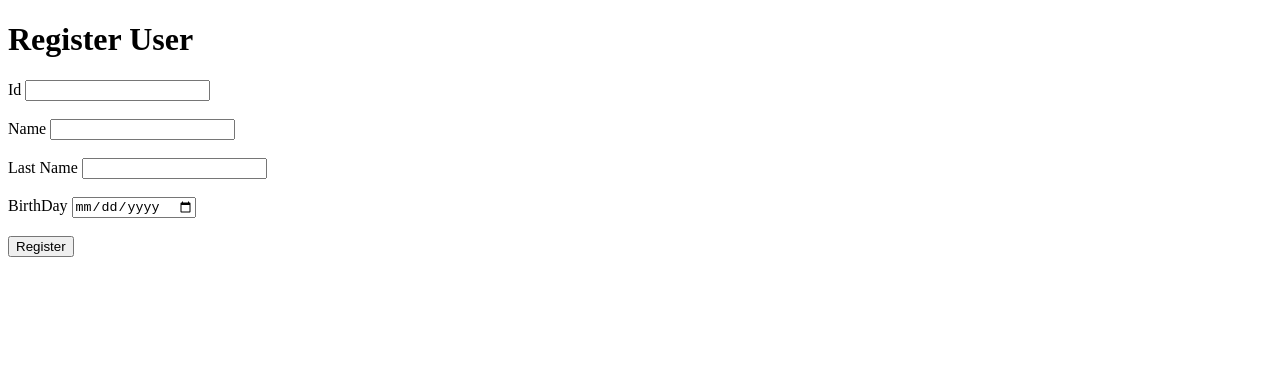
Repository: Ingridlmorales/app-cym-repo
Page: http://localhost/register_page
The author's editor kept a record of every edit. The page is drawn from the files as they stood at one moment, then again after the next edit.
The browser window is 1280 px wide. The pictures show the whole page.
The page is served by the project's application, run on Flask 3 (server.py). Other server files are loaded and not shown.

Above is the page before.

### templates/register.html
<!DOCTYPE html>
<html>
    <head>
        <meta http-equiv="content-type" content="text/html; charset=utf-8" />
        <title> App Web </title>

    </head>
    <body>
        <h1> Register User</h1>
        <form>
            <label>Id</label> <input type="number" /> <br> <br>
            <label>Name</label> <input type="text" /> <br> <br>
            <label>Last Name</label> <input type="text" /> <br> <br>
            <label>BirthDay</label> <input type="date" /> <br> <br>
            <button>Register</button>
        </form>
    </body>
</html>

### controller/control.py
from flask import render_template, request
from database.db import *
from controller.admin_s3 import *

def func_home_page():
    return render_template("home.html")

def func_register_page():
    return render_template("register.html")

def func_consult_page():
    return render_template("consult.html")

def func_register_user():
    id = request.form["id"]
    name = request.form["name"]
    lastname = request.form["lastname"]
    birthday = request.form["birthday"]
    photo = request.files["photo"]
    confirm_user = add_user(id, name, lastname, birthday)
    if confirm_user:
        s3_resource = connection_s3()
        photo_path_local = save_file(photo)
        confirm_photo = upload_file(s3_resource, photo, photo_path_local, id)
        if confirm_photo:
            return "<h1> Usuario creado exitosamente </h1>"
        else:
            return "<h1> Usuario creado sin foto </h1>"
    else:
        return "<h1> Error: no fue posible crear el user </h1>"

def func_consult_user():
    obj_user = request.get_json()
    id = obj_user["id"]
    result_data = consult_user(id)
    if result_data != False and len(result_data) != 0:
        s3_resource = connection_s3()
        file_found = consult_file(s3_resource, id)
        if file_found != None:
            url_file = "https://file-cym.s3.amazonaws.com/" + file_found
        else:
            url_file = ""
        response = {
                'status':"ok",
                'name': result_data[0][1],
                'lastname' : result_data[0][2],
                'birthday' : result_data[0][3],
                'photo' : url_file
            }
    else:
        response = {
            'status':"error"
        }
    return response

### routes/route.py
from controller.control import *
from server import app

@app.route("/")
def home_page():
    return func_home_page()

@app.route("/register_page")
def register_page():
    return func_register_page()

@app.route("/consult_page")
def consult_page():
    return func_consult_page()

@app.route("/register_user", methods=["post"])
def register_user():
    return func_register_user()

@app.route("/consult_user", methods=["post"])
def consult_user():
    return func_consult_user()

### server.py
from flask import Flask

app = Flask(__name__)

from routes.route import *

if __name__ == "__main__":
    host = "0.0.0.0"
    port ="80"
    app.run(host, port)

### database/db.py
import pymysql

db_host = 'instance-cym.c3c8246s0kxx.us-east-1.rds.amazonaws.com'
db_user = 'ingrid'
db_password = 'AWS-CYM21'
db_database = 'db_cym'
db_table = 'users'

def connectionSQL():
    try:
        connection_sql = pymysql.connect(
            host = db_host,
            user = db_user,
            password = db_password,
            database = db_database
        )
        print("Successful connection database")
        return connection_sql
    except Exception as err:
        print("Error conectando a la base de datos")
        print(err)
        return None

def add_user(id, name, lastname, birthday):
    instruction_sql = "INSERT INTO" + " " + db_table + " (id, name, lastname, birthday) VALUES ("+id+", '"+name+"', '"+lastname+"', '"+birthday+"') "
    print(instruction_sql)
    connection_sql = connectionSQL()
    try:
        if connection_sql != None:
            cursor = connection_sql.cursor()
            cursor.execute(instruction_sql)
            connection_sql.commit()
            print("Usuario agregado")
            return True
        else:
            print("Error conectando a la BD")
            return False
    except Exception as err:
        print("Error creando el usuario")
        print(err)
        return False

def consult_user(id):
    instruction_sql = "SELECT * FROM users WHERE id = " + id
    connection_sql = connectionSQL()
    try:
        cursor = connection_sql.cursor()
        cursor.execute(instruction_sql)
        result_data = cursor.fetchall()
        return (result_data)
    except Exception as err:
        print("Error", err)
        return False

### static/css/styleRegister.css
h1 {
    text-align: center;
    font-size: 70px;
}
body{
    background-color: LightSteelBlue;
}
form{
    text-align: center;
}

### static/js/appRegister.js
function registerUser(){
    alert("Botón de registrar usuario")
}

After the next edit:
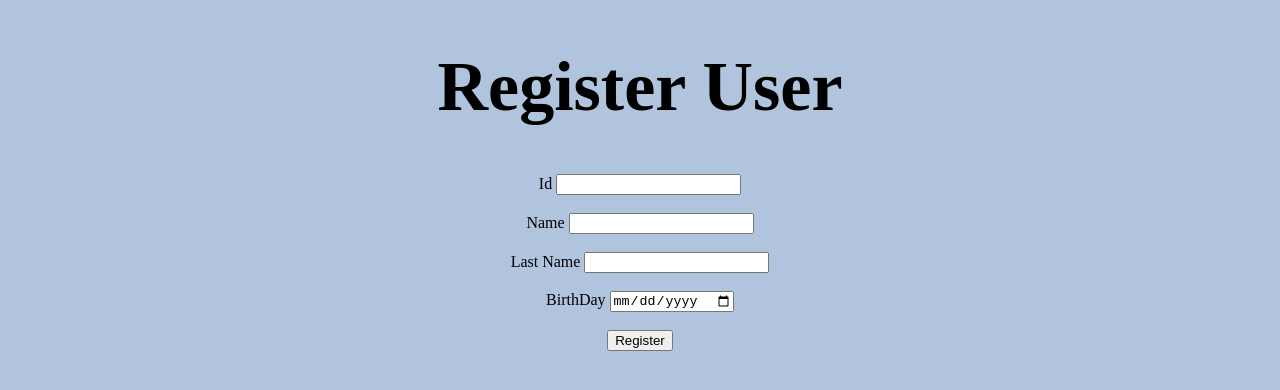
The edit:
--- a/templates/register.html
+++ b/templates/register.html
@@ -3,7 +3,8 @@
     <head>
         <meta http-equiv="content-type" content="text/html; charset=utf-8" />
         <title> App Web </title>
-
+        <link rel="stylesheet" href="../static/css/styleRegister.css" type="text/css" media="all" />
+        <script src="../static/js/appRegister.js" type="text/javascript" charset="utf-8"></script>
     </head>
     <body>
         <h1> Register User</h1>
